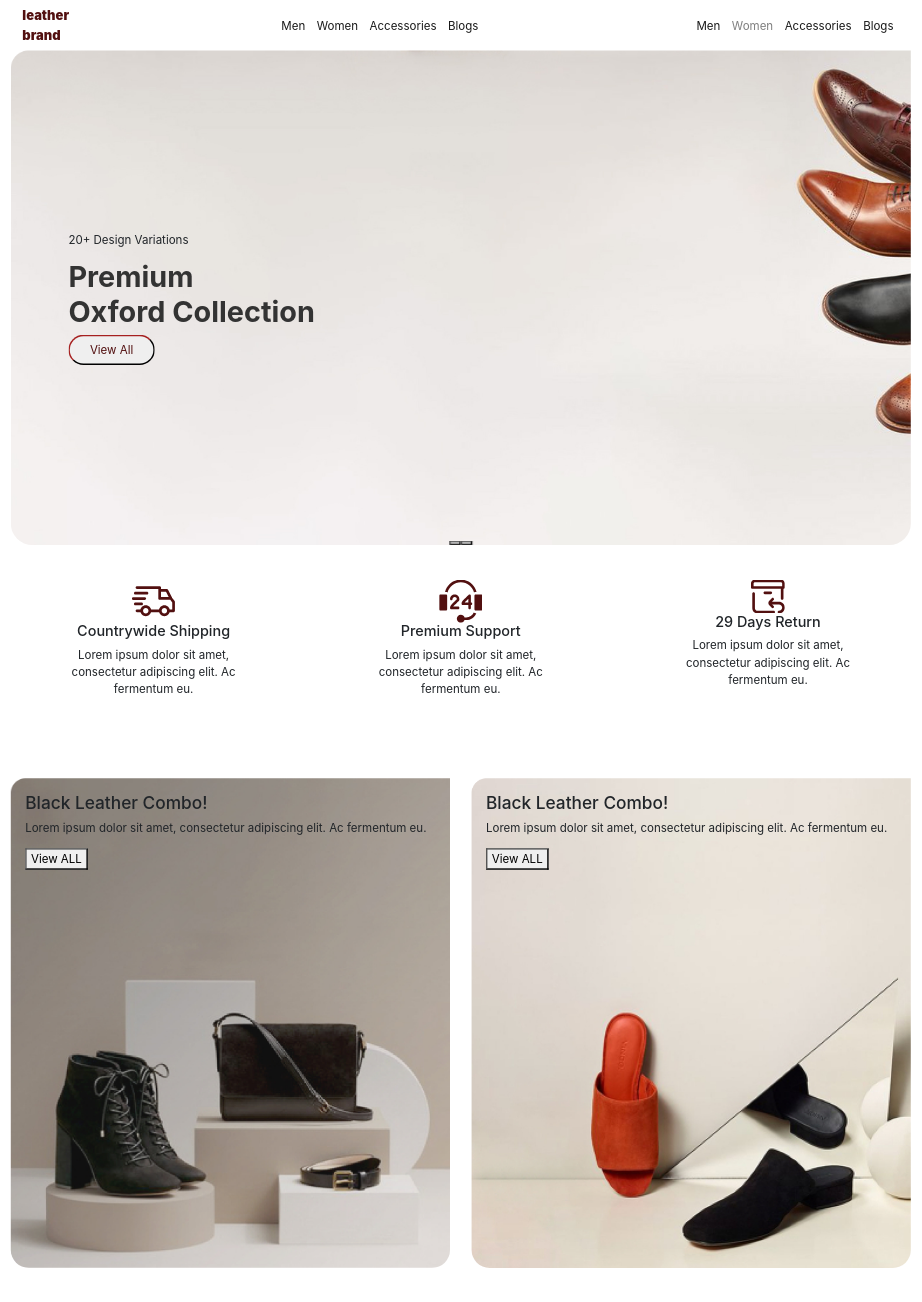
Repository: arif286/fashion-house
Page: /
The author's editor kept a copy of each file at every save. The page is drawn from the files as they stood at one save, then again after the next save.
The browser window is 1280 px wide. The pictures show the whole page, at 72% of full size.
The project was rebuilt for these pictures with package versions that can differ from the ones it lists, and the page was loaded fresh each time. The framework's server and built-in components were replaced by stand-ins that run in the browser. Also part of the build but not shown: nuxt.config.js, components/Contact.vue, components/DisplayCollection.vue, components/Footer.vue, components/NuxtLogo.vue, components/Products.vue, components/Tutorial.vue.

Above is the page before, as saved 2021-07-12 05:16:03.

After the next save:
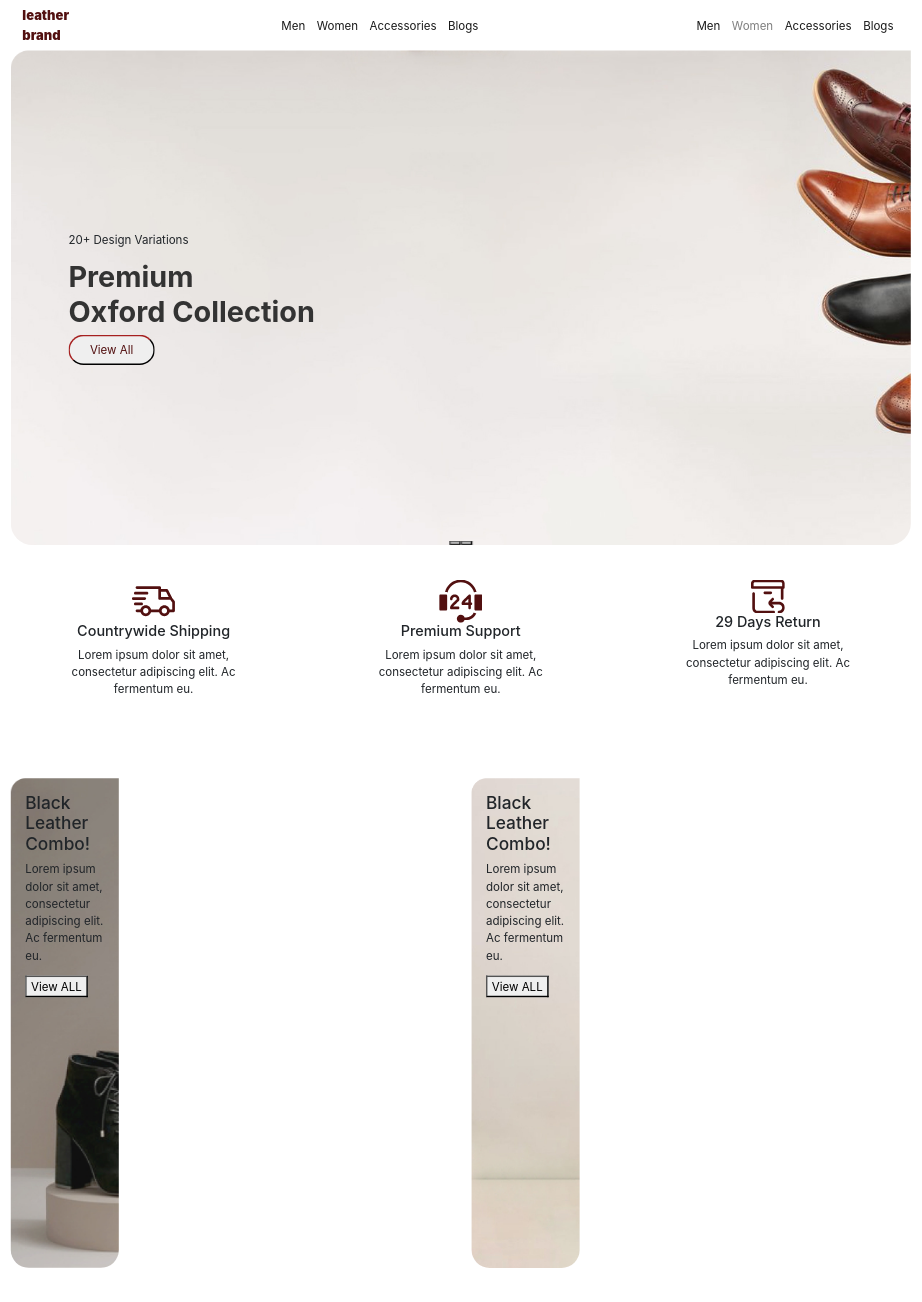
Saved 45 s later.
--- a/components/NewCollection.vue
+++ b/components/NewCollection.vue
@@ -40,5 +40,6 @@
   height: 680px;
   border-bottom-left-radius: 25px;
   border-bottom-right-radius: 25px;
+  width: 150px;
 }
 </style>

After the save that followed:
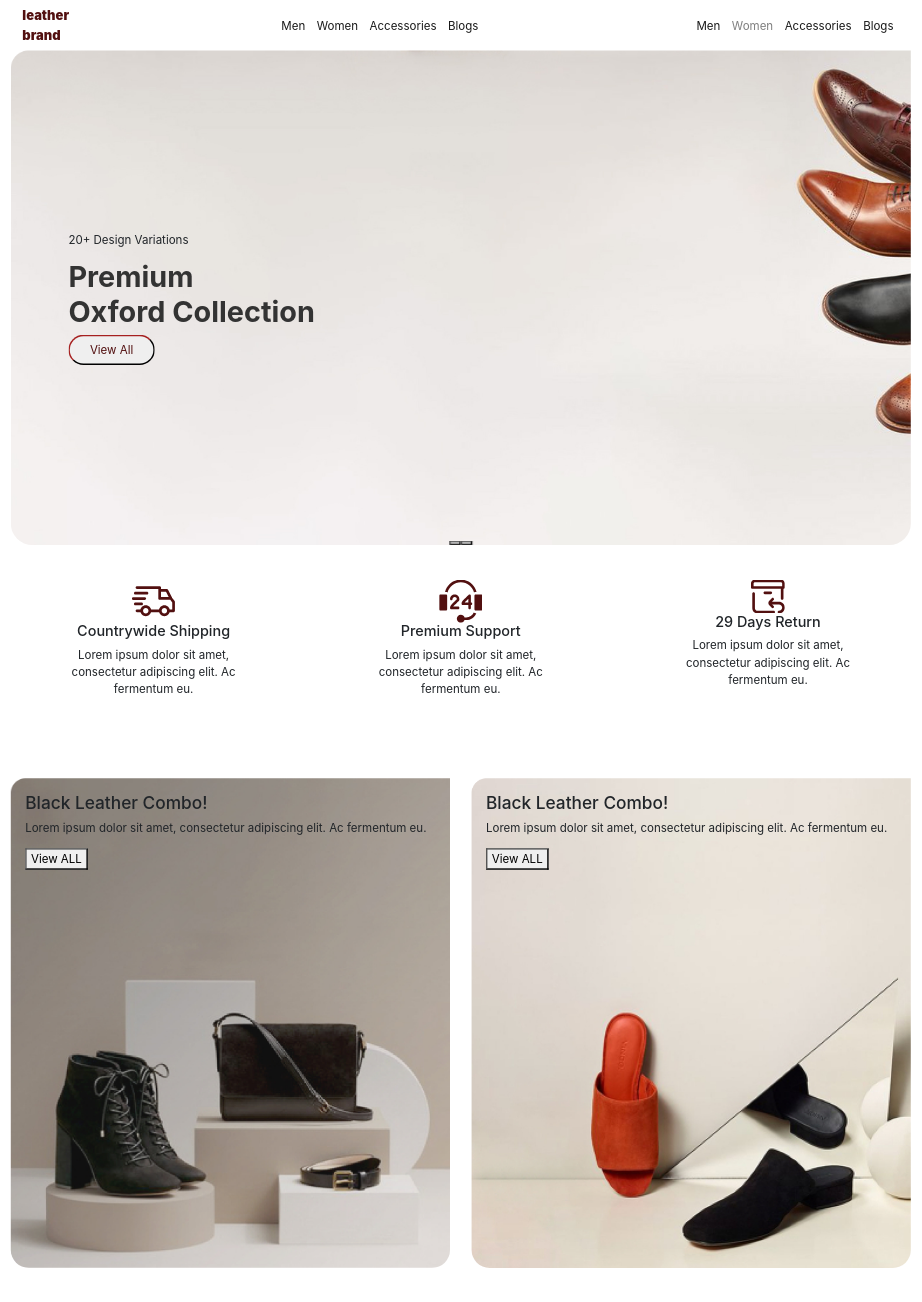
Saved 11 s later.
--- a/components/NewCollection.vue
+++ b/components/NewCollection.vue
@@ -40,6 +40,5 @@
   height: 680px;
   border-bottom-left-radius: 25px;
   border-bottom-right-radius: 25px;
-  width: 150px;
 }
 </style>
